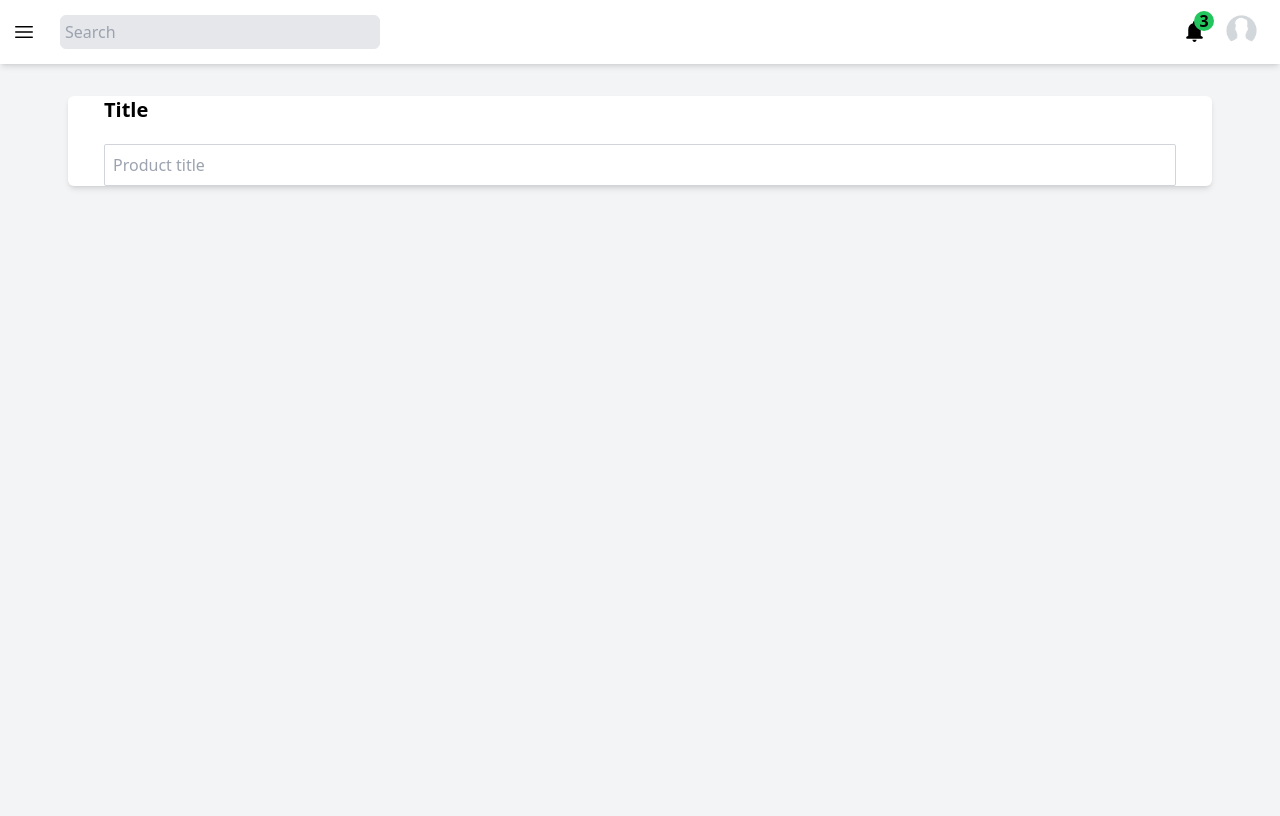
Repository: IssaMuiz/ifarmstock-admin
Page: /new-product
These files come from the project's save history. The page is drawn as it stood at one moment and after the next save; the edit follows.
The browser window is 1280 px wide. The pictures show the whole page.
The page's requests for data from a server got no answer. The project was rebuilt for these pictures with package versions that can differ from the ones it lists, and the page was loaded fresh each time. The framework's server and built-in components were replaced by stand-ins that run in the browser. No one was signed in, and anything a server would have sent is missing. Also part of the build but not shown: next.config.mjs.

Above is the page before, as saved 2024-10-12 15:52:51.

### app/layout.tsx
import type { Metadata } from "next";
import localFont from "next/font/local";
import "./globals.css";
import ClientSessionProvider from "../components/clientSessionProvider";

const geistSans = localFont({
  src: "./fonts/GeistVF.woff",
  variable: "--font-geist-sans",
  weight: "100 900",
});
const geistMono = localFont({
  src: "./fonts/GeistMonoVF.woff",
  variable: "--font-geist-mono",
  weight: "100 900",
});

export const metadata: Metadata = {
  title: "iFarmStock-admin",
  description: "Generated by create next app",
};

export default function RootLayout({
  children,
}: Readonly<{
  children: React.ReactNode;
}>) {
  return (
    <html lang="en">
      <body
        className={`${geistSans.variable} ${geistMono.variable} antialiased mx-5 bg-gray-100`}
      >
        <ClientSessionProvider>{children}</ClientSessionProvider>
      </body>
    </html>
  );
}

### app/new-product/page.tsx
import React from "react";

const NewProduct = () => {
  return (
    <section className="mt-24 min-h-screen">
      <div className="bg-white mx-12 rounded-md shadow-md">
        <div className="px-9">
          <h2 className="text-xl font-semibold mb-5">Title</h2>
          <input
            type="text"
            placeholder="Product title"
            className="w-full border border-gray-300 rounded-sm p-2"
          />
        </div>
      </div>
    </section>
  );
};

export default NewProduct;

### components/clientSessionProvider.tsx
"use client";

import { SessionProvider } from "next-auth/react";
import { ReactNode, useState } from "react";
import Navbar from "./navbar";
import Sidenav from "./sidenav";
import { usePathname } from "next/navigation";
export default function ClientSessionProvider({
  children,
}: {
  children: ReactNode;
}) {
  const [showSidebar, setShowSidebar] = useState(false);

  const pathname = usePathname();

  const noNavRoutes = [
    "/",
    "/forgot-password",
    "/reset-password",
    "/signup",
    "/verify-email",
  ];
  const toggleSidebar = () => {
    setShowSidebar((prev) => !prev);
  };
  return (
    <SessionProvider>
      <main className="flex ">
        <Sidenav showSidebar={showSidebar} setShowSidebar={setShowSidebar} />

        <div
          className={`fixed block xl:hidden inset-0 bg-black transition-opacity duration-300 ease-in-out z-10 ${
            showSidebar
              ? "opacity-40 pointer-events-auto"
              : "opacity-0 pointer-events-none"
          }`}
          onClick={toggleSidebar}
        ></div>
        <section
          className={`relative z-0 transition-all duration-300 ease-in-out ${
            showSidebar ? "xl:ml-64" : "w-full"
          }  flex-1`}
        >
          {!noNavRoutes.includes(pathname) && (
            <Navbar toggleSidebar={toggleSidebar} showSidebar={showSidebar} />
          )}

          {children}
        </section>
      </main>
    </SessionProvider>
  );
}

### components/navbar.tsx
import React, { useEffect, useRef } from "react";
import { useSession } from "next-auth/react";
import Image from "next/image";
import { useState } from "react";
import { signOut } from "next-auth/react";

interface ToggleSidebar {
  toggleSidebar: (event: React.MouseEvent<HTMLOrSVGElement>) => void;
  showSidebar: boolean;
}
const Navbar = ({ toggleSidebar, showSidebar }: ToggleSidebar) => {
  const [showProfile, setShowProfile] = useState(false);
  const { data: session } = useSession();
  const dropdownRef = useRef<HTMLDivElement>(null);

  const toggleShowProfile = () => {
    setShowProfile((prev) => !prev);
  };

  const handleClickOutside = (e: MouseEvent) => {
    if (
      dropdownRef.current &&
      !dropdownRef.current.contains(e.target as Node)
    ) {
      setShowProfile(false);
    }
  };

  useEffect(() => {
    document.addEventListener("mousedown", handleClickOutside);

    return () => {
      document.removeEventListener("mousedown", handleClickOutside);
    };
  }, []);
  return (
    <nav
      className={`bg-white h-16 fixed top-0 left-0 ${
        showSidebar ? "xl:left-64" : "w-full"
      } right-0 shadow-md z-10 transition-all ease-in-out duration-300`}
    >
      <div className="mx-auto flex justify-between p-2">
        <div className="leftnav flex-1 flex gap-2 md:gap-5 items-center ">
          <svg
            onClick={toggleSidebar}
            xmlns="http://www.w3.org/2000/svg"
            viewBox="0 0 24 24"
            strokeWidth={1.5}
            stroke="currentColor"
            className="size-8 rounded-sm cursor-pointer p-1 hover:bg-gray-300"
          >
            <path
              strokeLinecap="round"
              strokeLinejoin="round"
              d="M3.75 6.75h16.5M3.75 12h16.5m-16.5 5.25h16.5"
            />
          </svg>

          <input
            type="text"
            placeholder="Search"
            className="p-1 bg-gray-200 rounded-md max-w-80 flex-1 border outline-none"
          />
        </div>
        <div className="right-nav flex items-center gap-1 ml-2">
          <div className="relative cursor-pointer hover:bg-gray-300 rounded-sm p-2">
            <svg
              xmlns="http://www.w3.org/2000/svg"
              x="0px"
              y="0px"
              width="25"
              height="25"
              viewBox="0 0 24 24"
              className="fill:#1A1A1A;"
            >
              <path d="M 12 2 C 11.172 2 10.5 2.672 10.5 3.5 L 10.5 4.1953125 C 7.9131836 4.862095 6 7.2048001 6 10 L 6 16 L 4.4648438 17.15625 L 4.4628906 17.15625 A 1 1 0 0 0 4 18 A 1 1 0 0 0 5 19 L 12 19 L 19 19 A 1 1 0 0 0 20 18 A 1 1 0 0 0 19.537109 17.15625 L 18 16 L 18 10 C 18 7.2048001 16.086816 4.862095 13.5 4.1953125 L 13.5 3.5 C 13.5 2.672 12.828 2 12 2 z M 10 20 C 10 21.1 10.9 22 12 22 C 13.1 22 14 21.1 14 20 L 10 20 z"></path>
            </svg>
            <span className=" absolute flex items-center justify-center font-semibold top-0 left-5 bg-green-500 p-1 h-5 w-5 rounded-full">
              3
            </span>
          </div>
          <div className="relative ">
            <div
              className="cursor-pointer hover:bg-gray-100 flex items-center"
              onClick={toggleShowProfile}
            >
              <Image
                src={session?.user?.image || "/assets/images/avatar.png"}
                alt="profile-image"
                width={45}
                height={45}
                className="rounded-md p-1"
              />
              <div className="flex-col hidden md:flex p-1">
                <p className="font-semibold text-xs">{session?.user?.name}</p>
                <p>{session?.user?.email}</p>
              </div>
            </div>
            {showProfile && (
              <div
                ref={dropdownRef}
                className="bg-white shadow top-14 -right-2 absolute w-60 md:w-[18rem] text-xl font-semibold rounded-sm "
              >
                <div className="flex flex-col gap-3">
                  <p className="hover:bg-gray-300 cursor-pointer px-4 py-2 mt-5 transition-all ease-in-out duration-300 text-xs">
                    Profile
                  </p>
                  <hr />
                  <p
                    onClick={() => signOut()}
                    className="hover:bg-gray-300 cursor-pointer px-4 py-2 mb-2 transition-all ease-in-out duration-300 border-gray-300 text-xs"
                  >
                    Sign Out
                  </p>
                </div>
              </div>
            )}
          </div>
        </div>
      </div>
    </nav>
  );
};

export default Navbar;

### components/sidenav.tsx
import React from "react";
import Link from "next/link";

interface Sidebar {
  showSidebar: boolean;
  setShowSidebar: (Sidebar: boolean) => void;
}
const Sidenav = ({ showSidebar, setShowSidebar }: Sidebar) => {
  const closeSidebar = () => {
    if (window.innerWidth < 1280) {
      setShowSidebar(false);
    }
  };
  return (
    <aside className="h-20 overflow-y-auto">
      <div
        className={`fixed w-64 overflow-x-hidden scrollbar  overflow-auto z-20 left-0 top-0 bottom-0 transform transition-transform duration-300  bg-gray-600 ${
          showSidebar ? "translate-x-0" : "-translate-x-full"
        }`}
      >
        <div className="bg-green-600 h-16 flex items-center gap-2 font-bold justify-center">
          <p className="text-2xl">iFarmStock</p>
          <p className="bg-white p-1 rounded-sm font-semibold text-sm">ADMIN</p>
        </div>
        <div className="flex flex-col items-start gap-6 text-white text-base font-semibold mt-10">
          <Link
            onClick={closeSidebar}
            href="/dashboard"
            className="flex gap-5 w-full items-center py-3 px-6 hover:bg-gray-500 cursor-pointer"
          >
            <svg
              width="25px"
              height="25px"
              viewBox="0 0 24 24"
              fill="none"
              xmlns="http://www.w3.org/2000/svg"
            >
              <path
                d="M21.54 19.25H21.31C21.2159 19.2194 21.1288 19.1706 21.0537 19.1062C20.9785 19.0418 20.9169 18.9632 20.8723 18.8749C20.8277 18.7866 20.8009 18.6903 20.7937 18.5917C20.7864 18.493 20.7988 18.3939 20.83 18.3C21.2622 16.9152 21.3626 15.4482 21.1231 14.0175C20.8837 12.5868 20.3111 11.2324 19.4516 10.0638C18.5921 8.89521 17.4698 7.94514 16.1754 7.29034C14.8809 6.63553 13.4506 6.29435 12 6.29435C10.5494 6.29435 9.11906 6.63553 7.82462 7.29034C6.53019 7.94514 5.4079 8.89521 4.54841 10.0638C3.68892 11.2324 3.11633 12.5868 2.87688 14.0175C2.63743 15.4482 2.73784 16.9152 3.17 18.3C3.21197 18.396 3.23338 18.4997 3.23284 18.6044C3.2323 18.7092 3.20983 18.8126 3.16687 18.9082C3.12391 19.0037 3.06142 19.0892 2.98341 19.1591C2.90541 19.229 2.81363 19.2818 2.71398 19.314C2.61434 19.3463 2.50903 19.3574 2.40485 19.3465C2.30068 19.3356 2.19994 19.303 2.10912 19.2508C2.01831 19.1986 1.93943 19.128 1.87758 19.0434C1.81573 18.9589 1.77226 18.8624 1.75 18.76C1.28255 17.2814 1.14055 15.7191 1.33375 14.1804C1.52694 12.6417 2.05074 11.1631 2.86922 9.84591C3.68769 8.52873 4.78146 7.40423 6.07545 6.54957C7.36945 5.69492 8.83303 5.13034 10.3658 4.89459C11.8985 4.65884 13.4641 4.7575 14.9551 5.1838C16.4461 5.61009 17.8273 6.35393 19.0037 7.36426C20.1802 8.3746 21.1241 9.62751 21.7708 11.037C22.4174 12.4465 22.7515 13.9792 22.75 15.53C22.75 16.6259 22.5814 17.7154 22.25 18.76C22.1977 18.9057 22.1011 19.0313 21.9738 19.1192C21.8464 19.2071 21.6947 19.2528 21.54 19.25Z"
                fill="#ffffff"
              />
              <path
                d="M21.54 19.25H2.45999C2.26108 19.25 2.07031 19.171 1.92966 19.0303C1.78901 18.8897 1.70999 18.6989 1.70999 18.5C1.70999 18.3011 1.78901 18.1103 1.92966 17.9697C2.07031 17.829 2.26108 17.75 2.45999 17.75H21.54C21.7389 17.75 21.9297 17.829 22.0703 17.9697C22.211 18.1103 22.29 18.3011 22.29 18.5C22.29 18.6989 22.211 18.8897 22.0703 19.0303C21.9297 19.171 21.7389 19.25 21.54 19.25Z"
                fill="#ffffff"
              />
              <path
                d="M12 16.25C11.9015 16.2505 11.8038 16.2312 11.7128 16.1935C11.6218 16.1557 11.5392 16.1001 11.47 16.03C11.3295 15.8894 11.2507 15.6988 11.2507 15.5C11.2507 15.3013 11.3295 15.1106 11.47 14.97L15.47 10.97C15.613 10.8661 15.788 10.8161 15.9643 10.8287C16.1406 10.8413 16.3067 10.9157 16.4335 11.0389C16.5602 11.162 16.6394 11.326 16.6571 11.5018C16.6747 11.6777 16.6297 11.8541 16.53 12L12.53 16C12.4633 16.0756 12.3819 16.1367 12.2908 16.1797C12.1997 16.2227 12.1007 16.2466 12 16.25Z"
                fill="#ffffff"
              />
            </svg>
            <p>Dashboard</p>
          </Link>
          <Link
            onClick={closeSidebar}
            href="/products"
            className="flex gap-5 w-full items-center py-3 px-6 hover:bg-gray-500 cursor-pointer"
          >
            <svg
              xmlns="http://www.w3.org/2000/svg"
              fill="none"
              viewBox="0 0 24 24"
              strokeWidth={1.5}
              stroke="currentColor"
              className="size-6"
            >
              <path
                strokeLinecap="round"
                strokeLinejoin="round"
                d="M6 6.878V6a2.25 2.25 0 0 1 2.25-2.25h7.5A2.25 2.25 0 0 1 18 6v.878m-12 0c.235-.083.487-.128.75-.128h10.5c.263 0 .515.045.75.128m-12 0A2.25 2.25 0 0 0 4.5 9v.878m13.5-3A2.25 2.25 0 0 1 19.5 9v.878m0 0a2.246 2.246 0 0 0-.75-.128H5.25c-.263 0-.515.045-.75.128m15 0A2.25 2.25 0 0 1 21 12v6a2.25 2.25 0 0 1-2.25 2.25H5.25A2.25 2.25 0 0 1 3 18v-6c0-.98.626-1.813 1.5-2.122"
              />
            </svg>

            <p>Products</p>
          </Link>
          <Link
            onClick={closeSidebar}
            href="/categories"
            className="flex gap-5 w-full items-center py-3 px-6 hover:bg-gray-500 cursor-pointer"
          >
            <svg
              xmlns="http://www.w3.org/2000/svg"
              fill="none"
              viewBox="0 0 24 24"
              strokeWidth={1.5}
              stroke="currentColor"
              className="size-6"
            >
              <path
                strokeLinecap="round"
                strokeLinejoin="round"
                d="M20.25 6.375c0 2.278-3.694 4.125-8.25 4.125S3.75 8.653 3.75 6.375m16.5 0c0-2.278-3.694-4.125-8.25-4.125S3.75 4.097 3.75 6.375m16.5 0v11.25c0 2.278-3.694 4.125-8.25 4.125s-8.25-1.847-8.25-4.125V6.375m16.5 0v3.75m-16.5-3.75v3.75m16.5 0v3.75C20.25 16.153 16.556 18 12 18s-8.25-1.847-8.25-4.125v-3.75m16.5 0c0 2.278-3.694 4.125-8.25 4.125s-8.25-1.847-8.25-4.125"
              />
            </svg>

            <p>Categories</p>
          </Link>
          <Link
            onClick={closeSidebar}
            href="/orders"
            className="flex gap-5 w-full items-center py-3 px-6 hover:bg-gray-500 cursor-pointer"
          >
            <svg
              xmlns="http://www.w3.org/2000/svg"
              fill="none"
              viewBox="0 0 24 24"
              strokeWidth={1.5}
              stroke="currentColor"
              className="size-6"
            >
              <path
                strokeLinecap="round"
                strokeLinejoin="round"
                d="M2.25 3h1.386c.51 0 .955.343 1.087.835l.383 1.437M7.5 14.25a3 3 0 0 0-3 3h15.75m-12.75-3h11.218c1.121-2.3 2.1-4.684 2.924-7.138a60.114 60.114 0 0 0-16.536-1.84M7.5 14.25 5.106 5.272M6 20.25a.75.75 0 1 1-1.5 0 .75.75 0 0 1 1.5 0Zm12.75 0a.75.75 0 1 1-1.5 0 .75.75 0 0 1 1.5 0Z"
              />
            </svg>

            <p>Orders</p>
          </Link>
          <Link
            onClick={closeSidebar}
            href="/customers"
            className="flex gap-5 w-full items-center py-3 px-6 hover:bg-gray-500 cursor-pointer"
          >
            <svg
              xmlns="http://www.w3.org/2000/svg"
              fill="none"
              viewBox="0 0 24 24"
              strokeWidth={1.5}
              stroke="currentColor"
              className="size-6"
            >
              <path
                strokeLinecap="round"
                strokeLinejoin="round"
                d="M15.75 6a3.75 3.75 0 1 1-7.5 0 3.75 3.75 0 0 1 7.5 0ZM4.501 20.118a7.5 7.5 0 0 1 14.998 0A17.933 17.933 0 0 1 12 21.75c-2.676 0-5.216-.584-7.499-1.632Z"
              />
            </svg>

            <p>Customers</p>
          </Link>
          <Link
            onClick={closeSidebar}
            href="/settings"
            className="flex gap-5 w-full items-center py-3 px-6 hover:bg-gray-500 cursor-pointer"
          >
            <svg
              xmlns="http://www.w3.org/2000/svg"
              fill="none"
              viewBox="0 0 24 24"
              strokeWidth={1.5}
              stroke="currentColor"
              className="size-6"
            >
              <path
                strokeLinecap="round"
                strokeLinejoin="round"
                d="M9.594 3.94c.09-.542.56-.94 1.11-.94h2.593c.55 0 1.02.398 1.11.94l.213 1.281c.063.374.313.686.645.87.074.04.147.083.22.127.325.196.72.257 1.075.124l1.217-.456a1.125 1.125 0 0 1 1.37.49l1.296 2.247a1.125 1.125 0 0 1-.26 1.431l-1.003.827c-.293.241-.438.613-.43.992a7.723 7.723 0 0 1 0 .255c-.008.378.137.75.43.991l1.004.827c.424.35.534.955.26 1.43l-1.298 2.247a1.125 1.125 0 0 1-1.369.491l-1.217-.456c-.355-.133-.75-.072-1.076.124a6.47 6.47 0 0 1-.22.128c-.331.183-.581.495-.644.869l-.213 1.281c-.09.543-.56.94-1.11.94h-2.594c-.55 0-1.019-.398-1.11-.94l-.213-1.281c-.062-.374-.312-.686-.644-.87a6.52 6.52 0 0 1-.22-.127c-.325-.196-.72-.257-1.076-.124l-1.217.456a1.125 1.125 0 0 1-1.369-.49l-1.297-2.247a1.125 1.125 0 0 1 .26-1.431l1.004-.827c.292-.24.437-.613.43-.991a6.932 6.932 0 0 1 0-.255c.007-.38-.138-.751-.43-.992l-1.004-.827a1.125 1.125 0 0 1-.26-1.43l1.297-2.247a1.125 1.125 0 0 1 1.37-.491l1.216.456c.356.133.751.072 1.076-.124.072-.044.146-.086.22-.128.332-.183.582-.495.644-.869l.214-1.28Z"
              />
              <path
                strokeLinecap="round"
                strokeLinejoin="round"
                d="M15 12a3 3 0 1 1-6 0 3 3 0 0 1 6 0Z"
              />
            </svg>

            <p>Settings</p>
          </Link>
        </div>
      </div>
    </aside>
  );
};

export default Sidenav;

Loaded but not shown: app/globals.css (common file); tailwind.config.ts (common file)

After the next save:
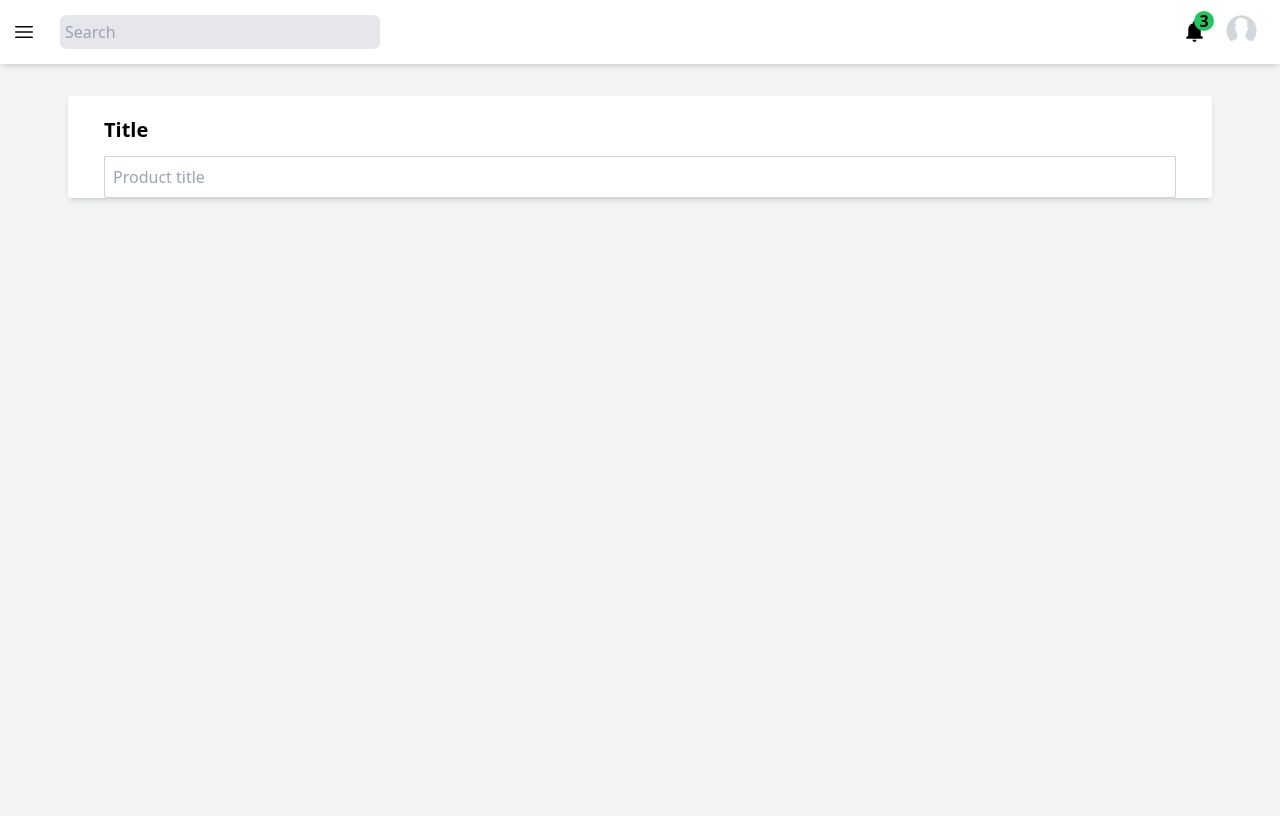
Saved 32 s later.
--- a/app/new-product/page.tsx
+++ b/app/new-product/page.tsx
@@ -3,9 +3,9 @@ import React from "react";
 const NewProduct = () => {
   return (
     <section className="mt-24 min-h-screen">
-      <div className="bg-white mx-12 rounded-md shadow-md">
+      <div className="bg-white mx-12 rounded-sm shadow-md">
         <div className="px-9">
-          <h2 className="text-xl font-semibold mb-5">Title</h2>
+          <h2 className="text-xl font-semibold mb-3 pt-5">Title</h2>
           <input
             type="text"
             placeholder="Product title"
